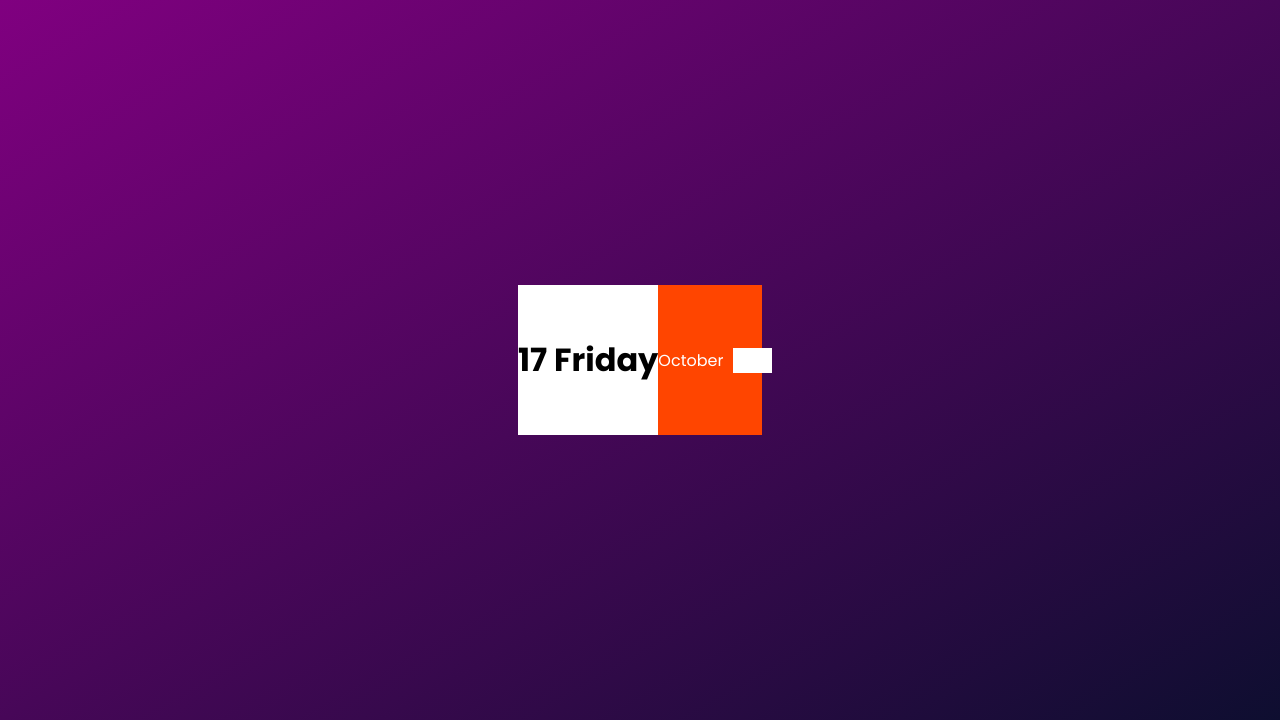
Repository: Ankitkr2021/Calendar
Page: index.html
These files come from the project's save history. The page is drawn as it stood at one moment and after the next save; the edit follows.
The browser window is 1280 px wide. The pictures show the whole page.

Above is the page before, as saved 2025-10-17 19:25:34.

### index.html
<!DOCTYPE html>
<html lang="en">
<head>
    <meta charset="UTF-8">
    <meta name="viewport" content="width=device-width, initial-scale=1.0">
    <title>Document</title>
    <link rel="stylesheet" href="./style.css">
</head>
<body>
    <div class="box">
        <div class="date"><h1>17 Friday</h1></div>
        <div class="month">
            <div class="mon">October</div>
            <div class="year">2025</div>
        </div>
    </div>
</body>
</html>

### style.css
@import url('https://fonts.googleapis.com/css2?family=Poppins:wght@100;200;300;400;500;600;700;800;900&display=swap');

*{
    margin: 0;
    padding: 0;
    box-sizing: border-box;
    font-family: "Poppins",sans-serif;
}

.box {
    display: flex;
    align-items: center;
    justify-content: center;
    height: 100vh;
    background: linear-gradient(to bottom right, purple, rgb(14, 14, 48));
    color: #fff;
}

.date {
    background: #fff;
    color: #000;
    height: 150px;
    display: flex;
    align-items: center;
    justify-content: center;

}

.mon {
    display: flex;
    align-items: center;
    justify-content: center;
}

.year {
    background: #fff;
    position: relative;
    left: 10px;
}

.month{
    background: orangered;
    height: 150px;
    display: flex;
    align-items: center;
    justify-content: center;
}

After the next save:
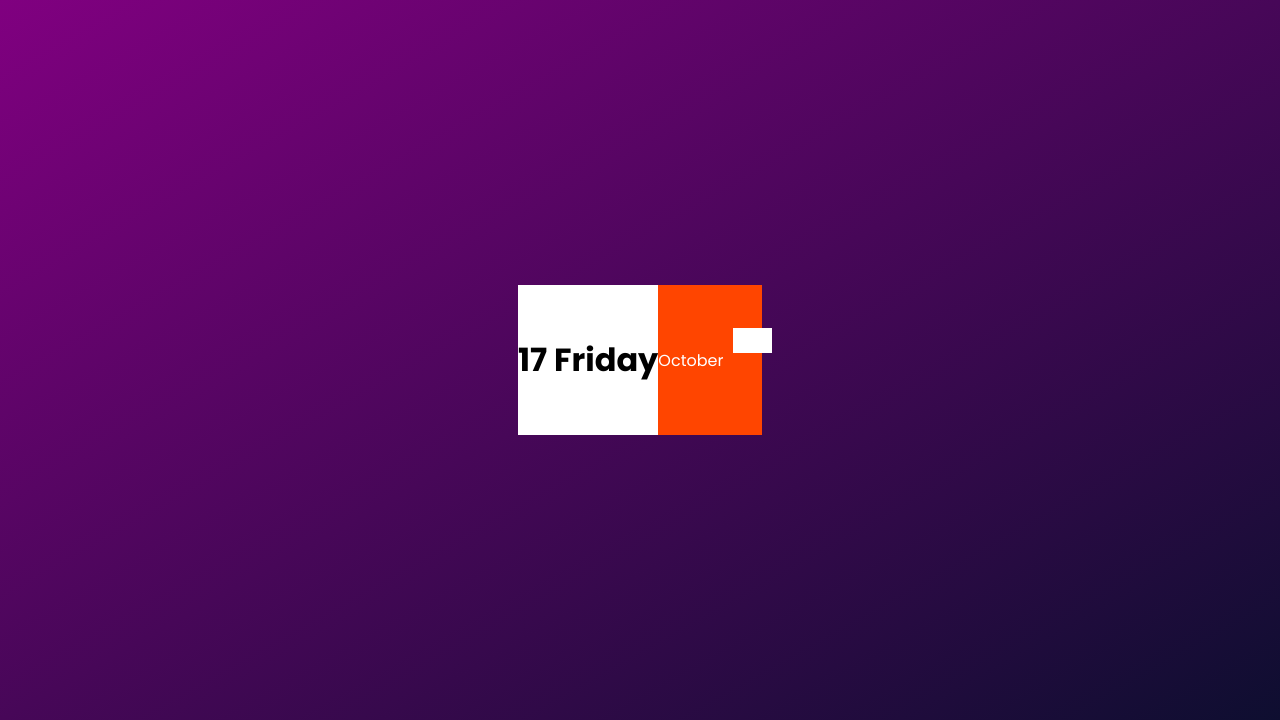
Saved 7 s later.
--- a/style.css
+++ b/style.css
@@ -36,6 +36,7 @@
     background: #fff;
     position: relative;
     left: 10px;
+    bottom: 20px;
 }
 
 .month{
